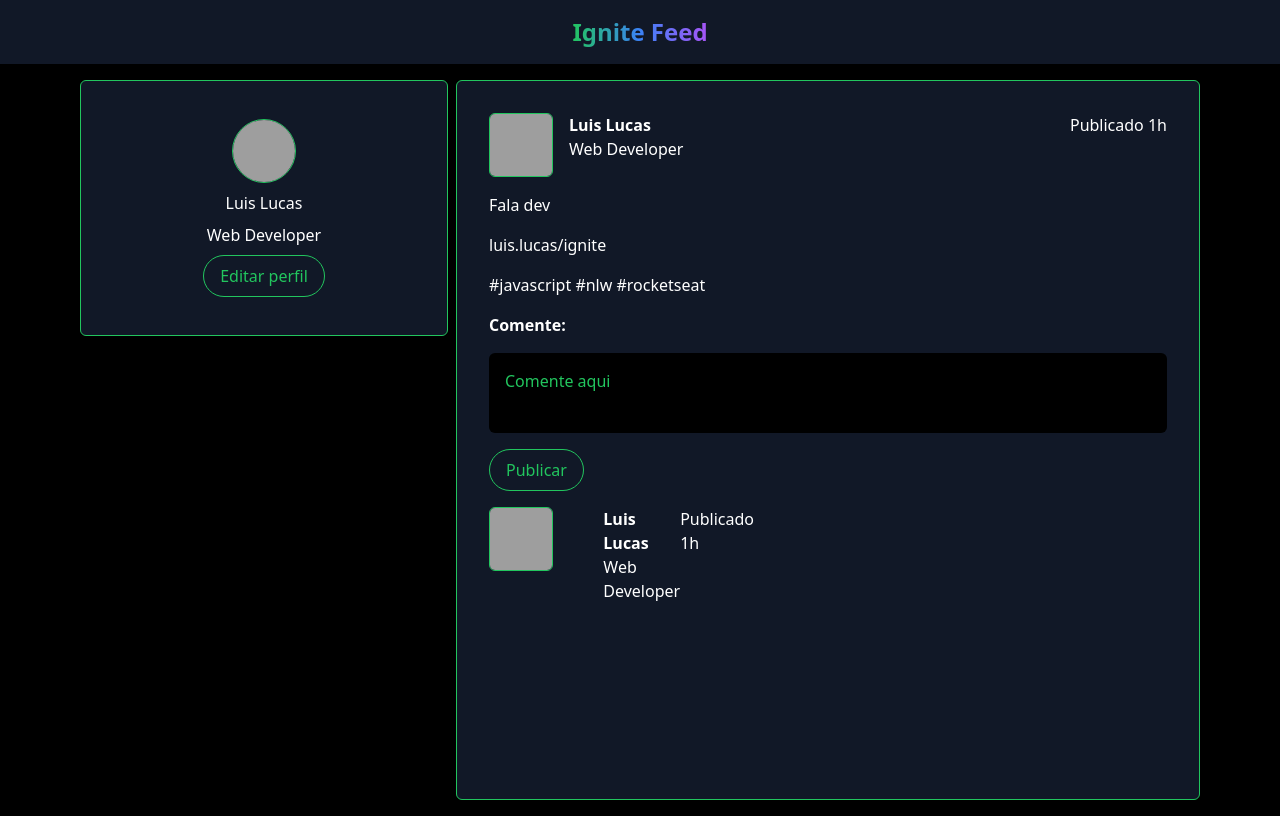
Repository: LuisSempre/ignite-feed
Page: /
An editor plug-in stored every save of this project. The page is shown before and after the next save, followed by the edit.
The browser window is 1280 px wide. The pictures show the whole page.
Pictures or frames that could not be fetched are drawn as grey boxes. The project was rebuilt for these pictures with package versions that can differ from the ones it lists, and the page was loaded fresh each time. Also part of the build but not shown: vite.config.js.

Above is the page before, as saved 2022-07-14 21:37:27.

### src/App.jsx
import { Header } from "./Components/Header"
import { Sidebar } from "./Components/Sidebar"
import { Post } from "./Components/Post"

function App() {
  return (
    <div>
      <Header />
      <div className="grid items-start max-w-6xl grid-cols-3 gap-2 p-4 mx-auto">
        <Sidebar />
        <div className="col-span-2">
         <Post />
        </div>
      </div>
    </div>
  );
}

export default App;

### src/index.css
@tailwind base;
@tailwind components;
@tailwind utilities;

body {
    @apply bg-black text-white;
}

### src/Components/Header.jsx
export function Header() {
  return (
    <div className="flex items-center justify-center h-16 bg-gray-900 mx-auto w-full">
      <h1 className="text-2xl font-bold text-transparent bg-clip-text bg-gradient-to-r from-green-500  via-blue-500 to-purple-500">Ignite Feed</h1>
    </div>
  )
}

### src/Components/Sidebar.jsx
export function Sidebar() {
  return (
    <div className="rounded-md bg-gray-900 justify-center items-center flex flex-col text-center h-64 space-y-2  border border-green-500">
        <img
          className="w-16 h-16 rounded-full overflow-hidden object-cover border border-green-500"
          src="https://avatars.githubusercontent.com/u/32404639?v=4"
          alt=""
        />
        <h1>Luis Lucas</h1>
        <span>Web Developer</span>
        <a
          href=""
          className="border border-green-500 px-4 py-2 rounded-full text-green-500"
        >
          Editar perfil
        </a>
    </div>
  );
}

### src/Components/Post.jsx
import { Comment } from "./Comment"

export function Post() {
  return (
    <div className="h-screen p-8 space-y-4 bg-gray-900 border border-green-500 rounded-md ">
      <div className="flex justify-between ">
        <div className="flex gap-4">
          <img
            className="w-16 h-16 border border-green-500 rounded-md"
            src="https://github.com/luissempre.png"
            alt=""
          />
          <div className="flex flex-col">
            <strong>Luis Lucas </strong>
            <span>Web Developer</span>
          </div>
        </div>
        <div>
          <time dataTime="2022-05-11 08:13:00">Publicado 1h</time>
        </div>
      </div>
      <div className="space-y-4">
        <p>Fala dev</p>
        <p>luis.lucas/ignite</p>
        <p>#javascript #nlw #rocketseat</p>
      </div>

      <form className="flex flex-col items-start justify-start space-y-4">
        <strong>Comente:</strong>
        <textarea
          className="w-full p-4 placeholder-green-500 bg-black rounded-md resize-none focus:-green-500"
          placeholder="Comente aqui"
        />
          <button
            type="submit"
            className="px-4 py-2 text-green-500 border border-green-500 rounded-full"
          >
            Publicar
          </button>
      </form>
      <Comment />
    </div>
  );
}

### src/Components/Comment.jsx
export function Comment() {
  return (
    <div className="grid grid-cols-6 gap-2">
      <div className="col-span-1">
        <img
          className="w-16 h-16 border border-green-500 rounded-md"
          src="https://github.com/luissempre.png"
          alt=""
        />
      </div>
      <div className="">
        <div className="flex justify-between">
          <div className="flex gap-4">
            <div className="flex flex-col">
              <strong>Luis Lucas </strong>
              <span>Web Developer</span>
            </div>
          </div>
          <div>
            <time dataTime="2022-05-11 08:13:00">Publicado 1h</time>
          </div>
        </div>
      </div>
    </div>
  );
}

Loaded but not shown: index.html (common file); src/main.jsx (common file); tailwind.config.js (common file)

After the next save:
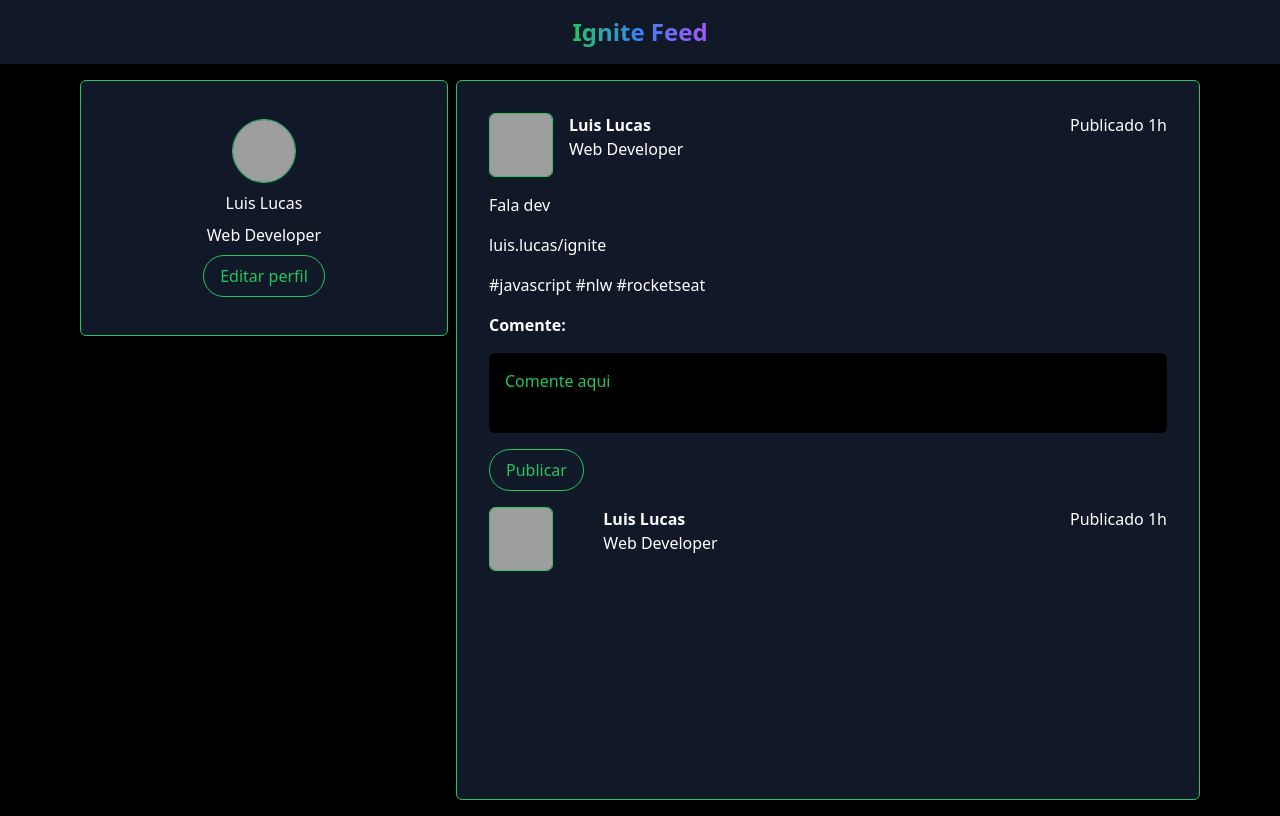
Saved 15 s later.
--- a/src/Components/Comment.jsx
+++ b/src/Components/Comment.jsx
@@ -8,7 +8,7 @@ export function Comment() {
           alt=""
         />
       </div>
-      <div className="">
+      <div className="col-span-5">
         <div className="flex justify-between">
           <div className="flex gap-4">
             <div className="flex flex-col">
